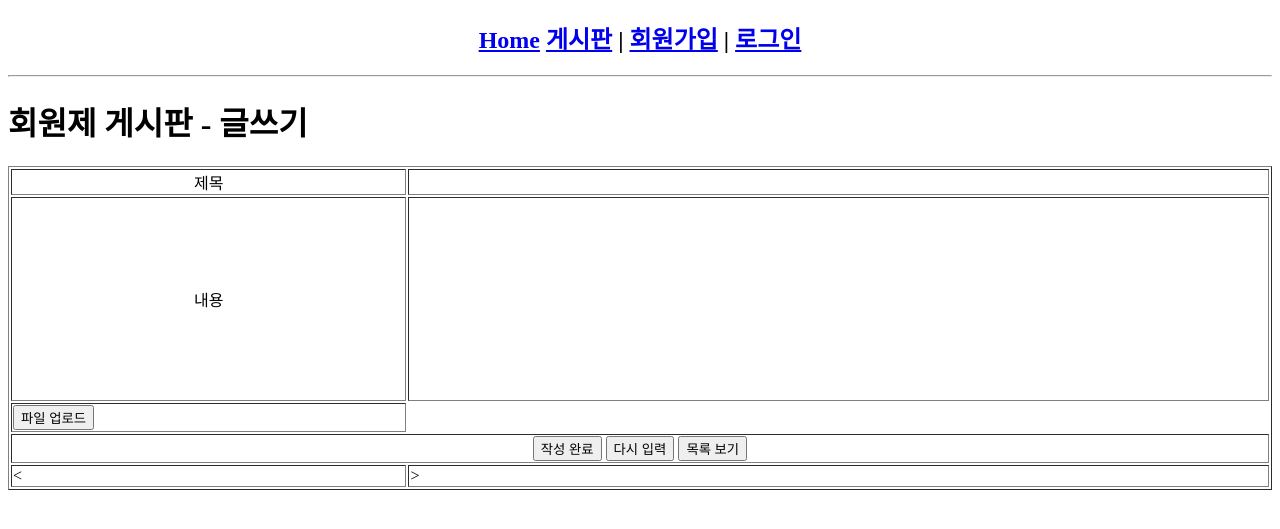
Repository: siucrystal/siuproject
Page: http://localhost/mini_project/write.jsp
An editor plug-in stored every save of this project. The page is shown before and after the next save, followed by the edit.
The browser window is 1280 px wide. The pictures show the whole page.
The page is served by Tomcat 9.

Above is the page before, as saved 2023-09-22 09:10:40.

After the next save:
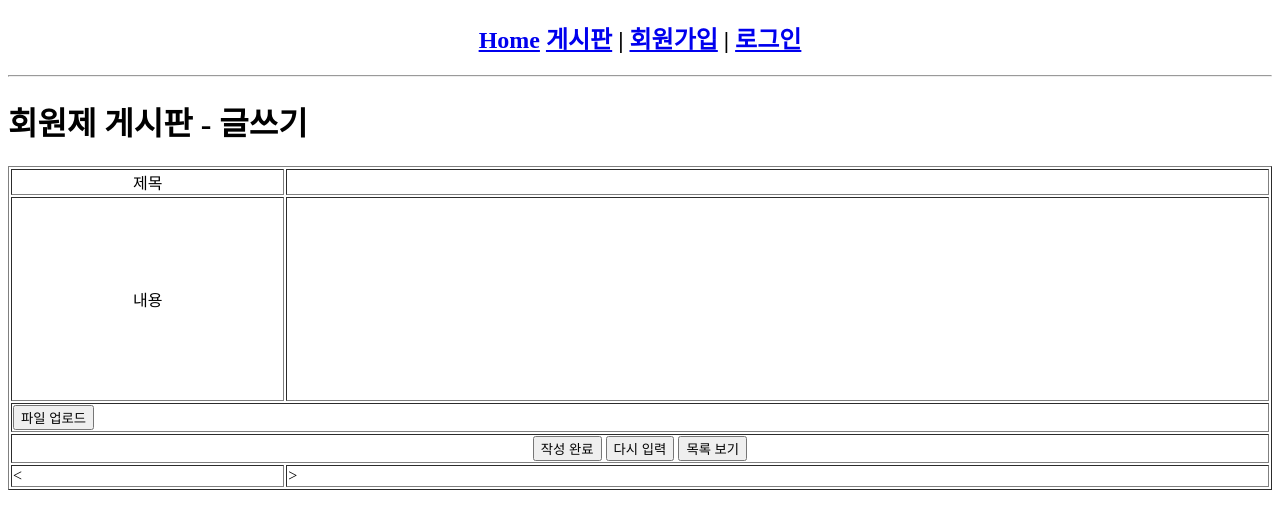
Saved 16 s later.
--- a/jspws/mini_project/src/main/webapp/write.jsp
+++ b/jspws/mini_project/src/main/webapp/write.jsp
@@ -69,7 +69,7 @@
                             <td class="w_name">내용</td>
                             <td><input type="text" name="wContext" id="wContext"></td>
                         </tr>
-                        <tr><td><input type="button" value="파일 업로드" id="fileUp"></td></tr>
+                        <tr><td colspan="2"><input type="button" value="파일 업로드" id="fileUp"></td></tr>
                         <tr>
                             <td colspan="2" class="w_btn">
                                 <input type="hidden" name="category" value="일반" id="cateHidden">
